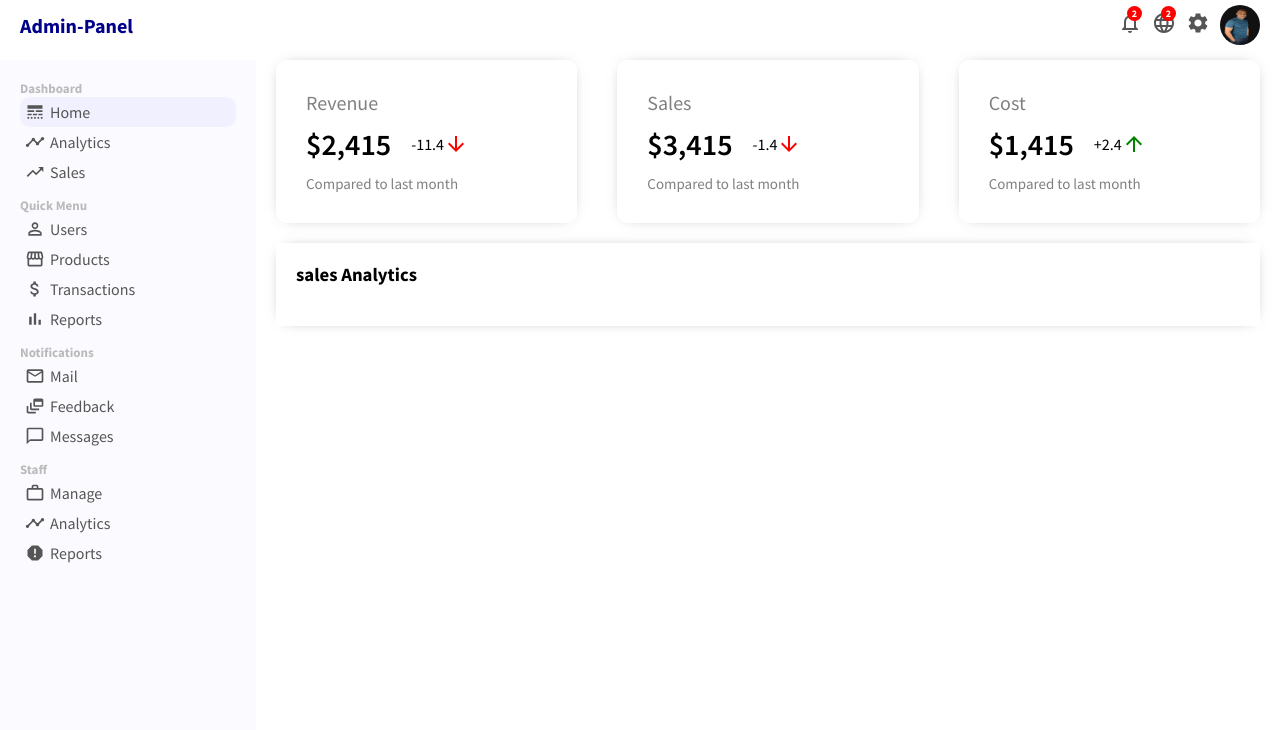
Repository: Samkiroko/admin-panel-ui
Page: /
The author's editor kept a copy of each file at every save. The page is drawn from the files as they stood at one save, then again after the next save.
The browser window is 1280 px wide. The pictures show the whole page.
The project was rebuilt for these pictures with package versions that can differ from the ones it lists, and the page was loaded fresh each time.

Above is the page before, as saved 2021-09-22 19:40:01.

### public/index.html
<!DOCTYPE html>
<html lang="en">
  <head>
    <meta charset="utf-8" />

    <meta name="viewport" content="width=device-width, initial-scale=1" />
    <meta name="theme-color" content="#000000" />
    <meta
      name="description"
      content="Web site created using create-react-app"
    />
    <link rel="preconnect" href="https://fonts.googleapis.com" />
    <link rel="preconnect" href="https://fonts.gstatic.com" crossorigin />
    <link
      href="https://fonts.googleapis.com/css2?family=Source+Sans+Pro:wght@200;300;400;600;700;900&display=swap"
      rel="stylesheet"
    />

    <style>
      * {
        font-family: "Source Sans Pro", sans-serif;
        margin: 0;
      }
    </style>
    <title>React admin panel</title>
  </head>

  <body>
    <noscript>You need to enable JavaScript to run this app.</noscript>
    <div id="root"></div>
  </body>
</html>

### src/App.js
import Sidebar from './components/sidebar/Sidebar'
import Topbar from './components/topbar/Topbar'
import './app.css'
import Home from './pages/home/Home'

function App() {
  return (
    <div className='App'>
      <Topbar />
      <div className='container'>
        <Sidebar />
        <Home />
      </div>
    </div>
  )
}

export default App

### src/components/sidebar/Sidebar.js
import {
  LineStyle,
  Timeline,
  TrendingUp,
  PermIdentity,
  Storefront,
  AttachMoney,
  BarChart,
  MailOutline,
  DynamicFeed,
  ChatBubbleOutline,
  WorkOutline,
  Report,
} from '@material-ui/icons'
import React from 'react'
import './sidebar.css'

const Sidebar = () => {
  return (
    <div className='sidebar'>
      <div className='sidebarWrapper'>
        <div className='sidebarMenu'>
          <h3 className='sidebarTitle'>Dashboard</h3>
          <ul className='sidebarList'>
            <li className='sidebarListItem active'>
              <LineStyle className='sidebarIcon' />
              Home
            </li>

            <li className='sidebarListItem'>
              <Timeline className='sidebarIcon' />
              Analytics
            </li>
            <li className='sidebarListItem'>
              <TrendingUp className='sidebarIcon' />
              Sales
            </li>
          </ul>
        </div>
        <div className='sidebarMenu'>
          <h3 className='sidebarTitle'>Quick Menu</h3>
          <ul className='sidebarList'>
            <li className='sidebarListItem'>
              <PermIdentity className='sidebarIcon' />
              Users
            </li>

            <li className='sidebarListItem'>
              <Storefront className='sidebarIcon' />
              Products
            </li>

            <li className='sidebarListItem'>
              <AttachMoney className='sidebarIcon' />
              Transactions
            </li>
            <li className='sidebarListItem'>
              <BarChart className='sidebarIcon' />
              Reports
            </li>
          </ul>
        </div>
        <div className='sidebarMenu'>
          <h3 className='sidebarTitle'>Notifications</h3>
          <ul className='sidebarList'>
            <li className='sidebarListItem'>
              <MailOutline className='sidebarIcon' />
              Mail
            </li>
            <li className='sidebarListItem'>
              <DynamicFeed className='sidebarIcon' />
              Feedback
            </li>
            <li className='sidebarListItem'>
              <ChatBubbleOutline className='sidebarIcon' />
              Messages
            </li>
          </ul>
        </div>
        <div className='sidebarMenu'>
          <h3 className='sidebarTitle'>Staff</h3>
          <ul className='sidebarList'>
            <li className='sidebarListItem'>
              <WorkOutline className='sidebarIcon' />
              Manage
            </li>
            <li className='sidebarListItem'>
              <Timeline className='sidebarIcon' />
              Analytics
            </li>
            <li className='sidebarListItem'>
              <Report className='sidebarIcon' />
              Reports
            </li>
          </ul>
        </div>
      </div>
    </div>
  )
}

export default Sidebar

### src/components/topbar/Topbar.js
import React from 'react'
import './topbar.css'
import { Language, NotificationsNone, Settings } from '@material-ui/icons'
import avatar from '../../images/sam_pic.jpeg'
const Topbar = () => {
  return (
    <div className='topbar'>
      <div className='topbarWrapper'>
        <div className='topLeft'>
          <span className='logo'>Admin-Panel</span>
        </div>
        <div className='topRight'>
          <div className='topbarIconContainer'>
            <NotificationsNone />
            <span className='topIconBadge'>2</span>
          </div>
          <div className='topbarIconContainer'>
            <Language />
            <span className='topIconBadge'>2</span>
          </div>
          <div className='topbarIconContainer'>
            <Settings />
          </div>
          <img src={avatar} alt='avatar' className='topAvatar' />
        </div>
      </div>
    </div>
  )
}

export default Topbar

### src/app.css
.container {
    display: flex;
    margin-top: 10px;
}

### src/pages/home/Home.js
import React from 'react'
import Chart from '../../components/chart/Chart'
import FeatureInfo from '../../components/featuredInfo/FeatureInfo'
import './home.css'

const Home = () => {
  return (
    <div className='home'>
      <FeatureInfo />
      <Chart />
    </div>
  )
}

export default Home

### src/components/sidebar/sidebar.css
.sidebar {
    flex: 1;
    height: calc(100vh - 50px);
    background-color: rgb(251, 251, 255);
    position: sticky;
    top: 50px;
}

.sidebarWrapper {
    padding: 20px;
    color: #555;
}

.sidebarMenu {
    margin-bottom: 10px;
}

.sidebarTitle {
    font-size: 13px;
    color: rgb(187, 186, 186);
}

.sidebarList {
    list-style: none;
    padding: 0;
}

.sidebarListItem {
    padding: 5px;
    cursor: pointer;
    display: flex;
    align-items: center;
    border-radius: 10px;
}

.sidebarListItem.active,
.sidebarListItem:hover {
    background-color: rgb(240, 240, 255);
}

.sidebarIcon {
    margin-right: 5px;
    font-size: 20px !important;
}

### src/components/topbar/topbar.css
.topbar {
    width: 100%;
    height: 50px;
    background-color: white;
    position: sticky;
    top: 0;
    z-index: 999;
}

.topbarWrapper {
    height: 100%;
    padding: 0px 20px;
    display: flex;
    align-items: center;
    justify-content: space-between;
}

.logo {
    font-weight: bold;
    font-size: 20px;
    color: darkblue;
    cursor: pointer;
}

.topbarIconContainer {
    position: relative;
    align-items: center;
    margin-right: 10px;
    color: #555;
}

.topIconBadge {
    width: 15px;
    height: 15px;
    position: absolute;
    top: -5px;
    right: 0px;
    background-color: red;
    color: white;
    border-radius: 50%;
    display: flex;
    align-items: center;
    justify-content: center;
    font-size: 10px;
    font-weight: bold;
}

.topRight {
    display: flex;
    align-items: center;
    cursor: pointer;
}

.topAvatar {
    width: 40px;
    height: 40px;
    border-radius: 50%;
    cursor: pointer;
}

### src/components/chart/Chart.js
import React from 'react'
import './chart.css'
import { LineChart, Line, XAxis, YAxis, CartesianGrid, Tooltip, Legend, ResponsiveContainer } from 'recharts'

const data = [
  {
    name: 'Page A',
    uv: 4000,
    pv: 2400,
    amt: 2400,
  },
  {
    name: 'Page B',
    uv: 3000,
    pv: 1398,
    amt: 2210,
  },
  {
    name: 'Page C',
    uv: 2000,
    pv: 9800,
    amt: 2290,
  },
  {
    name: 'Page D',
    uv: 2780,
    pv: 3908,
    amt: 2000,
  },
  {
    name: 'Page E',
    uv: 1890,
    pv: 4800,
    amt: 2181,
  },
  {
    name: 'Page F',
    uv: 2390,
    pv: 3800,
    amt: 2500,
  },
  {
    name: 'Page G',
    uv: 3490,
    pv: 4300,
    amt: 2100,
  },
]

const Chart = () => {
  return (
    <div className='chart'>
      <h3 className='chartTitle'>sales Analytics</h3>
      <ResponsiveContainer width='100%' height='100%'>
        <LineChart
          width={500}
          height={300}
          data={data}
          margin={{
            top: 5,
            right: 30,
            left: 20,
            bottom: 5,
          }}>
          <CartesianGrid strokeDasharray='3 3' />
          <XAxis dataKey='name' />
          <YAxis />
          <Tooltip />
          <Legend />
          <Line type='monotone' dataKey='pv' stroke='#8884d8' activeDot={{ r: 8 }} />
          <Line type='monotone' dataKey='uv' stroke='#82ca9d' />
        </LineChart>
      </ResponsiveContainer>
    </div>
  )
}

export default Chart

### src/components/featuredInfo/FeatureInfo.js
import { ArrowDownward, ArrowUpward } from '@material-ui/icons'
import React from 'react'
import './featureInfo.css'

const FeatureInfo = () => {
  return (
    <div className='featured'>
      <div className='featuredItem'>
        <span className='featuredTitle'>Revenue</span>
        <div className='featuredMoneyContainer'>
          <span className='featuredMoney'>$2,415</span>
          <span className='featuredMoneyRate'>
            -11.4
            <ArrowDownward className='featuredIcon negative' />
          </span>
        </div>
        <span className='featuredSub'>Compared to last month</span>
      </div>
      <div className='featuredItem'>
        <span className='featuredTitle'>Sales</span>
        <div className='featuredMoneyContainer'>
          <span className='featuredMoney'>$3,415</span>
          <span className='featuredMoneyRate'>
            -1.4
            <ArrowDownward className='featuredIcon negative' />
          </span>
        </div>
        <span className='featuredSub'>Compared to last month</span>
      </div>{' '}
      <div className='featuredItem'>
        <span className='featuredTitle'>Cost</span>
        <div className='featuredMoneyContainer'>
          <span className='featuredMoney'>$1,415</span>
          <span className='featuredMoneyRate'>
            +2.4
            <ArrowUpward className='featuredIcon ' />
          </span>
        </div>
        <span className='featuredSub'>Compared to last month</span>
      </div>
    </div>
  )
}

export default FeatureInfo

### src/pages/home/home.css
.home {
    flex: 4;
}

### src/components/chart/chart.css
.chart {
    margin: 20px;
    padding: 20px;
    cursor: pointer;
    -webkit-box-shadow: 0px 0px 15px -10px rgba(0, 0, 0, 0.75);
    box-shadow: 0px 0px 15px -10px rgba(0, 0, 0, 0.75);
}

.chartTitle {
    margin-bottom: 20px;
}

### src/components/featuredInfo/featureInfo.css
.featured {
    width: 100%;
    display: flex;
    justify-content: space-between;
}

.featuredItem {
    flex: 1;
    margin: 0px 20px;
    padding: 30px;
    border-radius: 10px;
    cursor: pointer;
    -webkit-box-shadow: 0px 0px 15px -10px rgba(0, 0, 0, 0.75);
    box-shadow: 0px 0px 15px -10px rgba(0, 0, 0, 0.75);
}

.featuredTitle {
    font-size: 20px;
    color: gray;
}

.featuredMoneyContainer {
    margin: 10px 0px;
    display: flex;
    align-items: center;
}

.featuredMoney {
    font-size: 30px;
    font-weight: 600;
}

.featuredMoneyRate {
    display: flex;
    align-items: center;
    margin-left: 20px;
}

.featuredIcon {
    font-size: 14px;
    margin-right: 5px;
    color: green;
}

.featuredIcon.negative {
    color: red;
}

.featuredSub {
    font-size: 15px;
    color: gray;
}

Loaded but not shown: src/index.js (common file); src/index.css (common file)

After the next save:
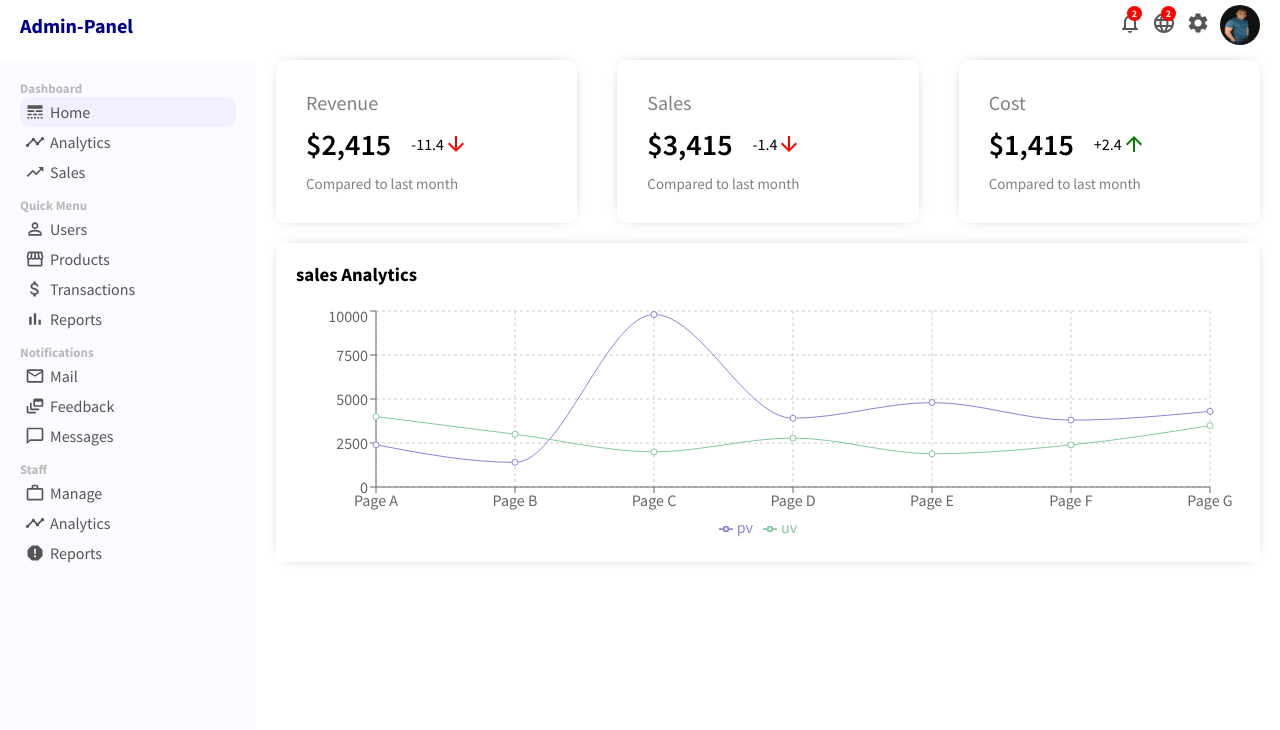
Saved 66 s later.
--- a/src/components/chart/Chart.js
+++ b/src/components/chart/Chart.js
@@ -51,7 +51,7 @@ const Chart = () => {
   return (
     <div className='chart'>
       <h3 className='chartTitle'>sales Analytics</h3>
-      <ResponsiveContainer width='100%' height='100%'>
+      <ResponsiveContainer width='100%' aspect={4 / 1}>
         <LineChart
           width={500}
           height={300}
